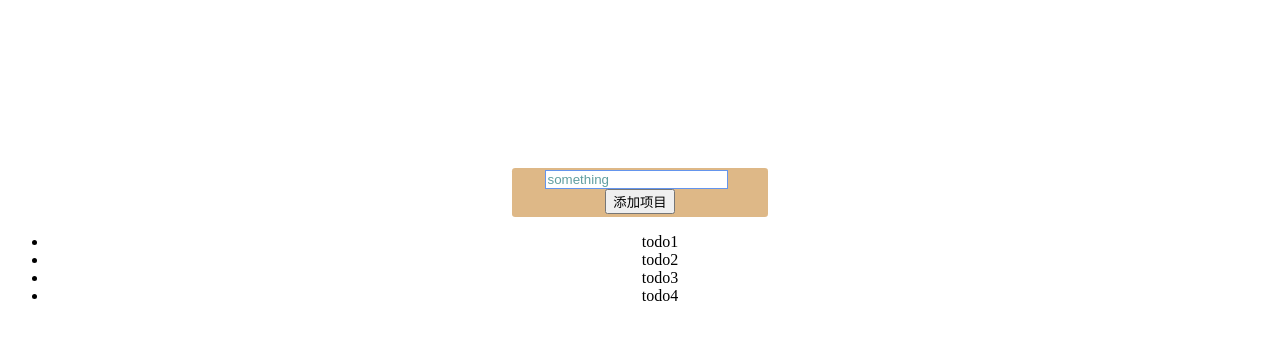
Repository: ArtemisWang/todolistProject
Page: /
The author's editor kept a copy of each file at every save. The page is drawn from the files as they stood at one save, then again after the next save.
The browser window is 1280 px wide. The pictures show the whole page.
The project was rebuilt for these pictures with package versions that can differ from the ones it lists, and the page was loaded fresh each time.

Above is the page before, as saved 2020-02-28 21:42:51.

### src/App.js
import React,{useState} from 'react';
import './App.css'
const App=function(){

    const [list, setList]=useState(['todo1','todo2','todo3','todo4'])
    const [content, setContent]=useState('something')

    function addItem(){
        setList([...list,content])
        setContent('')
    }

    function changeContent(e){
        setContent(e.target.value)
        return content
    }

    function deleteItem(i){
        setList(list.filter((x,index)=>index!==i))
    }

    return (
    <div className='app'>
        <div className='input'>
            <input onChange={changeContent} value={content} className='input-text'/>
            <button onClick={addItem}>添加项目</button>
        </div>
        <div className='u-list'>
            <ul>
                {list.map((it,i)=>(<li key={it+i} onClick={deleteItem.bind(this,i)}>{it}</li>))}
            </ul>
        </div>
    </div>)
}




export default App

### src/App.css
.app{
    text-align: center;
    padding-top: 10rem;
}

.input{
    display: block;
    background-color: burlywood;
    width: 16rem;
    margin-left:auto;
    margin-right:auto;
    padding-top: 0.1rem;
    padding-bottom: 0.2rem;
    border-radius: .2rem;
}

.input-text{
    color: cadetblue;
    border: cornflowerblue solid 1px;
    display: inline-flex;
    margin-right: .5rem;
}

.but{
    border-radius: .4rem;
}

Loaded but not shown: public/index.html (common file); src/index.js (common file)

After the next save:
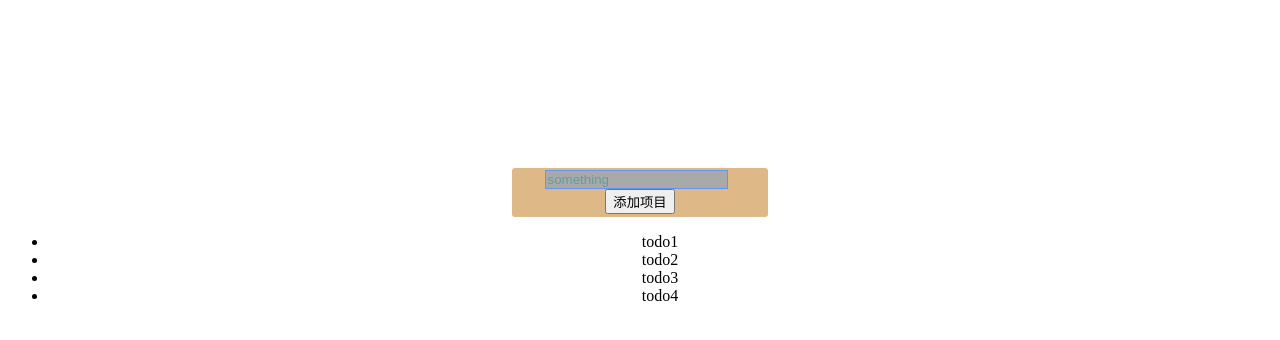
Saved 26 s later.
--- a/src/App.css
+++ b/src/App.css
@@ -19,8 +19,10 @@
     border: cornflowerblue solid 1px;
     display: inline-flex;
     margin-right: .5rem;
+    background-color: darkgrey;
 }
 
 .but{
     border-radius: .4rem;
+
 }
